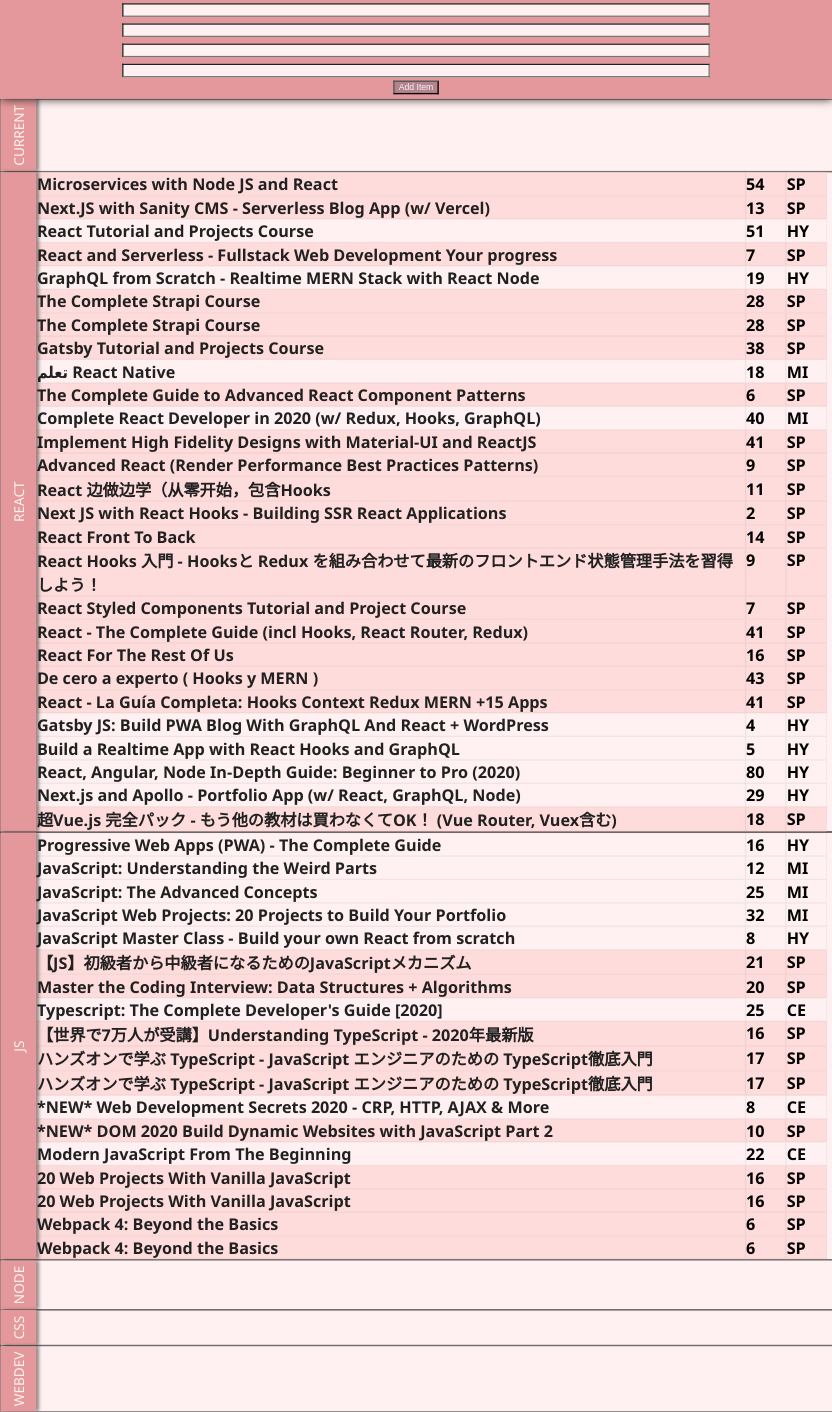
Repository: ClementLight/plan
Page: codicrs.html
These files come from the project's save history. The page is drawn as it stood at one moment and after the next save; the edit follows.
The browser window is 1280 px wide. The pictures show the whole page, at 65% of full size.

Above is the page before, as saved 2020-09-01 14:33:08.

### codicrs.html
<!DOCTYPE html>
<html lang="en">
  <head>
    <meta charset="UTF-8" />
    <meta name="viewport" content="width=device-width, initial-scale=1.0" />
    <title>Plan List</title>
    <link rel="stylesheet" href="style.css" />
  </head>
  <body>
    <section id="add-item" class="add-item">
      <input type="text" class="add-item__input--url" />
      <input type="text" class="add-item__input--name" />
      <input type="text" class="add-item__input--hours" />
      <input type="text" class="add-item__input--account" />
      <button class="add-item__button">Add Item</button>
    </section>
    <section class="top-container">
      <section class="maincontainers">
        <div class="lessontype">CURRENT</div>
        <div id="lessonsCurrent" class="lessons"></div>
      </section>
      <section class="maincontainers">
        <div id="react-section" class="lessontype">REACT</div>
        <div id="lessonsReact" class="lessons"></div>
      </section>
      <section class="maincontainers">
        <div class="lessontype">JS</div>
        <div id="lessonsJavascript" class="lessons"></div>
      </section>
      <section class="maincontainers">
        <div class="lessontype">NODE</div>
        <div id="lessonsNode" class="lessons"></div>
      </section>
      <section class="maincontainers">
        <div class="lessontype">CSS</div>
        <div id="lessonsCss" class="lessons"></div>
      </section>
      <section class="maincontainers">
        <div class="lessontype">WEBDEV</div>
        <div id="lessonsWebdev" class="lessons"></div>
      </section>
    </section>

    <!-- //TODO scripts -->
    <script src="jsondata.js"></script>
    <script>
      //   document.body.innerHTML += `
      //  <section class="top-container">
      //   <section idclass="maincontainers">
      //     <div class="lessontype">${item.subject}</div>
      //     <div id="lessons" class="lessons">

      //     </div>
      //   </section>
      // </section>

      database.map((item) => {
        document.getElementById(`lessons${item.subject}`).innerHTML += `
            <div class="lesson lesson-background-filter">
              <a class="lessonname" href=${item.url}>${item.title}</a>
              <span class="hours">${item.hours}</span>
              <span class="account">${item.account}</span>
            </div>
        `
      })

      // const hoursList = [...document.querySelectorAll(".hours")]
      let allClasses = Array.from(document.querySelectorAll(".hours"))
      allClassesValues = allClasses.map((node) => parseInt(node.textContent))
      let total = allClassesValues.reduce((a, b) => a + b, 0)

      const addItem = () => {
        itemUrl = document.querySelector(".add-item__input--url").value
        itemName = document.querySelector(".add-item__input--name").value
        itemHours = document.querySelector(".add-item__input--hours").value
        itemAccount = document.querySelector(".add-item__input--account").value

        newItemHtml = `
        <div class="lesson lesson-background-filter">
        <a class="lessonname" href="${itemUrl}">${itemName} </a>
        <span class="hours">${itemHours}</span>
        <span class="account">${itemAccount}</span>
        </div>
        `
        document.getElementById("react-section__lessons").insertAdjacentHTML("afterbegin", newItemHtml)

        console.log(newItemHtml)
      }

      document.querySelector(".add-item__button").addEventListener("click", addItem)
      console.log(navigator.userAgent)

      //TODO check browser

      let browserAndVersion = (navigator.sayswho = (function () {
        var ua = navigator.userAgent,
          tem,
          M = ua.match(/(opera|chrome|safari|firefox|msie|trident(?=\/))\/?\s*(\d+)/i) || []
        if (/trident/i.test(M[1])) {
          tem = /\brv[ :]+(\d+)/g.exec(ua) || []
          return "IE " + (tem[1] || "")
        }
        if (M[1] === "Chrome") {
          tem = ua.match(/\b(OPR|Edge?)\/(\d+)/)
          if (tem != null) return tem.slice(1).join(" ").replace("OPR", "Opera").replace("Edg ", "Edge ")
        }
        M = M[2] ? [M[1], M[2]] : [navigator.appName, navigator.appVersion, "-?"]
        if ((tem = ua.match(/version\/(\d+)/i)) != null) M.splice(1, 1, tem[1])
        return M.join(" ")
      })())

      //TODO xpath way of selecting stuff. I like it.
      function getElementsByXPath(xpath, parent) {
        let results = []
        let query = document.evaluate(xpath, parent || document, null, XPathResult.ORDERED_NODE_SNAPSHOT_TYPE, null)
        for (let i = 0, length = query.snapshotLength; i < length; ++i) {
          results.push(query.snapshotItem(i))
        }
        return results
      }

      if (browserAndVersion.includes("Chrome")) {
        let itemsXPathed = getElementsByXPath("//span[text()='SP']")
        itemsXPathed.forEach((node) => {
          node.parentElement.classList.remove("lesson-background-filter")
          node.parentElement.classList.add("browserColor")
        })
      } else if (browserAndVersion.includes("Firefox")) {
        let itemsXPathed = getElementsByXPath("//span[text()='HY']")
        itemsXPathed.forEach((node) => {
          node.parentElement.classList.remove("lesson-background-filter")
          node.parentElement.classList.add("browserColor")
        })
      } else if (browserAndVersion.includes("Edge")) {
        //here for a chage I got the parent element directly with xpath
        let itemsXPathed = getElementsByXPath("//div[./span[text()='MI']]")
        itemsXPathed.forEach((node) => {
          node.classList.remove("lesson-background-filter")
          node.classList.add("browserColor")
        })
      } else if (browserAndVersion.includes("Opera")) {
        //here for a chage I got the parent element directly with xpath
        let itemsXPathed = getElementsByXPath("//div[./span[text()='CE']]")
        itemsXPathed.forEach((node) => {
          node.classList.remove("lesson-background-filter")
          node.classList.add("browserColor")
        })
      }
    </script>
  </body>
</html>

### jsondata.js
let database = [
  //   {
  //     id: "1",
  //     subject: "node",
  //     tags: "Node, MongoDB",
  //     hours: 42,
  //     account: "SP",
  //     title: "Node.js, Express, MongoDB & More: The Complete Bootcamp 2020",
  //     url: "https://www.udemy.com/course/nodejs-express-mongodb-bootcamp/learn/lecture/15065290?start=135#overview",
  //   },
  //   {
  //     id: "2",
  //     subject: "react",
  //     tags: "React, Styled Components",
  //     hours: 7,
  //     account: "SP",
  //     title: "React Styled Components Tutorial and Project Course",
  //     url: "https://www.udemy.com/course/styled-components-tutorial-and-project-course/learn/lecture/15328098?start=15#overview",
  //   },
  //   {
  //     id: "3",
  //     subject: "react",
  //     tags: "Node",
  //     hours: 35,
  //     account: "MI",
  //     title: "The Complete Node.js Developer Course (3rd Edition)",
  //     url: "https://www.udemy.com/course/the-complete-nodejs-developer-course-2/learn/lecture/13729190?start=0#announcements",
  //   },
  //   {
  //     id: "4",
  //     subject: "react",
  //     tags: "React, Gatsby",
  //     hours: 38,
  //     account: "SP",
  //     title: "Gatsby Tutorial and Projects Course",
  //     url: "https://www.udemy.com/course/gatsby-tutorial-and-projects-course/learn/lecture/14891808#overview",
  //   },

  {
    id: "1",
    subject: "React",
    tags: "React, Microservices, Node",
    hours: 54,
    account: "SP",
    title: "Microservices with Node JS and React",
    url: "https://www.udemy.com/course/microservices-with-node-js-and-react/learn/lecture/19248060#overview",
  },
  {
    id: "2",
    subject: "React",
    tags: "React, Nextjs",
    hours: 13,
    account: "SP",
    title: "Next.JS with Sanity CMS - Serverless Blog App (w/ Vercel)",
    url: "https://www.udemy.com/course/nextjs-with-sanity-cms-serverless-blog-app-w-vercel/learn/lecture/20359909#overview",
  },
  {
    id: "3",
    subject: "React",
    tags: "React",
    hours: 51,
    account: "HY",
    title: "React Tutorial and Projects Course",
    url: "https://www.udemy.com/course/react-tutorial-and-projects-course/learn/lecture/12499178?start=0#overview",
  },
  {
    id: "4",
    subject: "React",
    tags: "React, Serverless",
    hours: 7,
    account: "SP",
    title: "React and Serverless - Fullstack Web Development Your progress",
    url: "https://www.udemy.com/course/react-and-serverless/learn/lecture/20008686?start=0#overview",
  },
  {
    id: "5",
    subject: "React",
    tags: "React, GraphQL, Node",
    hours: 19,
    account: "HY",
    title: "GraphQL from Scratch - Realtime MERN Stack with React Node",
    url: "https://www.udemy.com/course/graphql-react-node/learn/lecture/19711874?start=0#overview",
  },
  {
    id: "6",
    subject: "React",
    tags: "React, Strapi",
    hours: 28,
    account: "SP",
    title: "The Complete Strapi Course",
    url: "https://www.udemy.com/course/the-complete-strapi-course/learn/lecture/20153090#overvieww",
  },
  {
    id: "7",
    subject: "React",
    tags: "React, Strapi",
    hours: 28,
    account: "SP",
    title: "The Complete Strapi Course",
    url: "https://www.udemy.com/course/the-complete-strapi-course/learn/lecture/20153090#overvieww",
  },
  {
    id: "8",
    subject: "React",
    tags: "React, Gatsby, GraphQL",
    hours: 38,
    account: "SP",
    title: "Gatsby Tutorial and Projects Course",
    url: "https://www.udemy.com/course/gatsby-tutorial-and-projects-course/learn/lecture/14891808#overview",
  },
  {
    id: "9",
    subject: "React",
    tags: "React, React Native",
    hours: 18,
    account: "MI",
    title: "تعلم React Native",
    url: "https://www.udemy.com/course/react-native-m/learn/lecture/20058580?start=15#questions",
  },
  {
    id: "10",
    subject: "React",
    tags: "React, Optimization",
    hours: 6,
    account: "SP",
    title: "The Complete Guide to Advanced React Component Patterns",
    url: "https://www.udemy.com/course/the-complete-guide-to-advanced-react-patterns/learn/lecture/17200022#overview",
  },
  {
    id: "11",
    subject: "React",
    tags: "React",
    hours: 40,
    account: "MI",
    title: "Complete React Developer in 2020 (w/ Redux, Hooks, GraphQL)",
    url: "https://www.udemy.com/course/complete-react-developer-zero-to-mastery/learn/lecture/14870615?start=0#overview",
  },
  {
    id: "12",
    subject: "React",
    tags: "React, Material UI",
    hours: 41,
    account: "SP",
    title: "Implement High Fidelity Designs with Material-UI and ReactJS",
    url: "https://www.udemy.com/course/implement-high-fidelity-designs-with-material-ui-and-reactjs/learn/lecture/16234402?start=165#overview",
  },
  {
    id: "13",
    subject: "React",
    tags: "React, Optimization",
    hours: 9,
    account: "SP",
    title: "Advanced React (Render Performance Best Practices Patterns)",
    url: "https://www.udemy.com/course/advanced-react-render-performance-best-practices-patterns/learn/lecture/19653114#overview",
  },
  {
    id: "14",
    subject: "React",
    tags: "React",
    hours: 11,
    account: "SP",
    title: "React 边做边学（从零开始，包含Hooks",
    url: "https://www.udemy.com/course/react-lean-by-doing/learn/lecture/16800324?start=512#overview",
  },
  {
    id: "15",
    subject: "React",
    tags: "React, Nextjs",
    hours: 2,
    account: "SP",
    title: "Next JS with React Hooks - Building SSR React Applications",
    url: "https://www.udemy.com/course/next-js-react-hooks/learn/lecture/14095110?start=0#overview",
  },
  {
    id: "16",
    subject: "React",
    tags: "React, Node",
    hours: 14,
    account: "SP",
    title: "React Front To Back",
    url: "https://www.udemy.com/course/modern-react-front-to-back/learn/lecture/14969812?start=174#overview",
  },
  {
    id: "17",
    subject: "React",
    tags: "React",
    hours: 9,
    account: "SP",
    title: "React Hooks 入門 - Hooksと Redux を組み合わせて最新のフロントエンド状態管理手法を習得しよう！",
    url: "https://www.udemy.com/course/react-hooks-101/learn/lecture/15049578?start=0#overview",
  },
  {
    id: "18",
    subject: "React",
    tags: "React, Styled Components",
    hours: 7,
    account: "SP",
    title: "React Styled Components Tutorial and Project Course",
    url: "https://www.udemy.com/course/styled-components-tutorial-and-project-course/learn/lecture/15328098?start=15#overview",
  },
  {
    id: "19",
    subject: "React",
    tags: "React, Styled Components",
    hours: 41,
    account: "SP",
    title: "React - The Complete Guide (incl Hooks, React Router, Redux)",
    url: "https://www.udemy.com/course/react-the-complete-guide-incl-redux/learn/lecture/13556330#overview",
  },
  {
    id: "20",
    subject: "React",
    tags: "React",
    hours: 16,
    account: "SP",
    title: "React For The Rest Of Us",
    url: "https://www.udemy.com/course/react-for-the-rest-of-us/learn/lecture/18081709#overview",
  },
  {
    id: "21",
    subject: "React",
    tags: "React, Node, MERN",
    hours: 43,
    account: "SP",
    title: "De cero a experto ( Hooks y MERN )",
    url: "https://www.udemy.com/course/react-cero-experto/learn/lecture/19751074?start=0#announcements",
  },
  {
    id: "22",
    subject: "React",
    tags: "React, Node, MERN",
    hours: 41,
    account: "SP",
    title: "React - La Guía Completa: Hooks Context Redux MERN +15 Apps",
    url: "https://www.udemy.com/course/react-de-principiante-a-experto-creando-mas-de-10-aplicaciones/learn/lecture/17666784?start=0#announcements",
  },
  {
    id: "23",
    subject: "React",
    tags: "React, Gatsby, GraphQL, Wordpress, PWA",
    hours: 4,
    account: "HY",
    title: "Gatsby JS: Build PWA Blog With GraphQL And React + WordPress",
    url: "https://www.udemy.com/course/gatsby-js-build-pwa-blog-with-graphql-and-react-wordpress/learn/lecture/15158236?start=0#overview",
  },
  {
    id: "24",
    subject: "React",
    tags: "React, GraphQL, Wordpress",
    hours: 5,
    account: "HY",
    title: "Build a Realtime App with React Hooks and GraphQL",
    url: "https://www.udemy.com/course/build-a-realtime-app-with-react-hooks-and-graphql/learn/lecture/13747756#overview",
  },
  {
    id: "25",
    subject: "React",
    tags: "React, Angular, Node",
    hours: 80,
    account: "HY",
    title: "React, Angular, Node In-Depth Guide: Beginner to Pro (2020)",
    url: "https://www.udemy.com/course/react-angular-node-in-depth-guide-beginner-to-pro-2020/learn/lecture/18569676?start=0#overview",
  },
  {
    id: "26",
    subject: "React",
    tags: "React, Nextjs, Node, GraphQL, Apollo",
    hours: 29,
    account: "HY",
    title: "Next.js and Apollo - Portfolio App (w/ React, GraphQL, Node)",
    url: "https://www.udemy.com/course/nextjs-and-apollo-portfolio-app-w-react-graphql-node/learn/lecture/18742898?start=0#overview",
  },
  {
    id: "27",
    subject: "React",
    tags: "Vue",
    hours: 18,
    account: "SP",
    title: "超Vue.js 完全パック - もう他の教材は買わなくてOK！ (Vue Router, Vuex含む)",
    url: "https://www.udemy.com/course/vue-js-complete-guide/learn/lecture/15370946?#overview",
  },
  {
    id: "28",
    subject: "Javascript",
    tags: "Javascript, PWA",
    hours: 16,
    account: "HY",
    title: "Progressive Web Apps (PWA) - The Complete Guide",
    url: "https://www.udemy.com/course/progressive-web-app-pwa-the-complete-guide/learn/lecture/13914126#overview",
  },
  {
    id: "29",
    subject: "Javascript",
    tags: "Javascript",
    hours: 12,
    account: "MI",
    title: "JavaScript: Understanding the Weird Parts",
    url: "https://www.udemy.com/course/understand-javascript/learn/lecture/2237542?start=0#overview",
  },
  {
    id: "30",
    subject: "Javascript",
    tags: "Javascript",
    hours: 25,
    account: "MI",
    title: "JavaScript: The Advanced Concepts",
    url: "https://www.udemy.com/course/advanced-javascript-concepts/learn/lecture/13772854#overview",
  },
  {
    id: "31",
    subject: "Javascript",
    tags: "Javascript",
    hours: 32,
    account: "MI",
    title: "JavaScript Web Projects: 20 Projects to Build Your Portfolio",
    url: "https://www.udemy.com/course/javascript-web-projects-to-build-your-portfolio-resume/learn/lecture/19961158?start=0#overview",
  },
  {
    id: "32",
    subject: "Javascript",
    tags: "Javascript, React",
    hours: 8,
    account: "HY",
    title: "JavaScript Master Class - Build your own React from scratch",
    url: "https://www.udemy.com/course/javascript-deep-dive-code-your-own-react-library/learn/lecture/12102042?start=60#overview",
  },
  {
    id: "33",
    subject: "Javascript",
    tags: "Javascript",
    hours: 21,
    account: "SP",
    title: "【JS】初級者から中級者になるためのJavaScriptメカニズム",
    url: "https://www.udemy.com/course/javascript-essence/learn/lecture/19799294?start=0#overview",
  },
  {
    id: "34",
    subject: "Javascript",
    tags: "Javascript",
    hours: 20,
    account: "SP",
    title: "Master the Coding Interview: Data Structures + Algorithms",
    url: "https://www.udemy.com/course/master-the-coding-interview-data-structures-algorithms/learn/lecture/12133484?start=120#overview",
  },
  {
    id: "35",
    subject: "Javascript",
    tags: "Javascript, Typescript",
    hours: 25,
    account: "CE",
    title: "Typescript: The Complete Developer's Guide [2020]",
    url: "https://www.udemy.com/course/typescript-the-complete-developers-guide/learn/lecture/14504488?start=0#overview",
  },
  {
    id: "36",
    subject: "Javascript",
    tags: "Javascript, Typescript",
    hours: 16,
    account: "SP",
    title: "【世界で7万人が受講】Understanding TypeScript - 2020年最新版",
    url: "https://www.udemy.com/course/understanding-typescript-jp/learn/lecture/18184848?start=0#overview",
  },
  {
    id: "37",
    subject: "Javascript",
    tags: "Javascript, Typescript",
    hours: 17,
    account: "SP",
    title: "ハンズオンで学ぶ TypeScript - JavaScript エンジニアのための TypeScript徹底入門",
    url: "https://www.udemy.com/course/ts-for-js-developers/learn/lecture/21394194#overview",
  },
  {
    id: "38",
    subject: "Javascript",
    tags: "Javascript, Typescript",
    hours: 17,
    account: "SP",
    title: "ハンズオンで学ぶ TypeScript - JavaScript エンジニアのための TypeScript徹底入門",
    url: "https://www.udemy.com/course/ts-for-js-developers/learn/lecture/21394194#overview",
  },
  {
    id: "39",
    subject: "Javascript",
    tags: "Javascript, Optimization",
    hours: 8,
    account: "CE",
    title: "*NEW* Web Development Secrets 2020 - CRP, HTTP, AJAX & More",
    url: "https://www.udemy.com/course/new-web-development-secrets/learn/lecture/15578344?start=0#overview",
  },
  {
    id: "40",
    subject: "Javascript",
    tags: "Javascript",
    hours: 10,
    account: "SP",
    title: "*NEW* DOM 2020 Build Dynamic Websites with JavaScript Part 2",
    url: "https://www.udemy.com/course/build-dynamic-websites-dom-2/learn/lecture/17908964#overview",
  },
  {
    id: "41",
    subject: "Javascript",
    tags: "Javascript",
    hours: 22,
    account: "CE",
    title: "Modern JavaScript From The Beginning",
    url: "https://www.udemy.com/course/modern-javascript-from-the-beginning/learn/lecture/8762504?start=0#overview",
  },
  {
    id: "42",
    subject: "Javascript",
    tags: "Javascript",
    hours: 16,
    account: "SP",
    title: "20 Web Projects With Vanilla JavaScript",
    url: "https://www.udemy.com/course/web-projects-with-vanilla-javascript/learn/lecture/17842028?start=210#overview",
  },
  {
    id: "43",
    subject: "Javascript",
    tags: "Javascript",
    hours: 16,
    account: "SP",
    title: "20 Web Projects With Vanilla JavaScript",
    url: "https://www.udemy.com/course/web-projects-with-vanilla-javascript/learn/lecture/17842028?start=210#overview",
  },
  {
    id: "44",
    subject: "Javascript",
    tags: "Javascript, Wdbpack",
    hours: 6,
    account: "SP",
    title: "Webpack 4: Beyond the Basics",
    url: "https://www.udemy.com/course/webpack-beyond-the-basics/learn/lecture/8445416?start=285#overview",
  },
  {
    id: "45",
    subject: "Javascript",
    tags: "Javascript, Wdbpack",
    hours: 6,
    account: "SP",
    title: "Webpack 4: Beyond the Basics",
    url: "https://www.udemy.com/course/webpack-beyond-the-basics/learn/lecture/8445416?start=285#overview",
  },
]

Loaded but not shown: style.css (214 lines, source omitted)

After the next save:
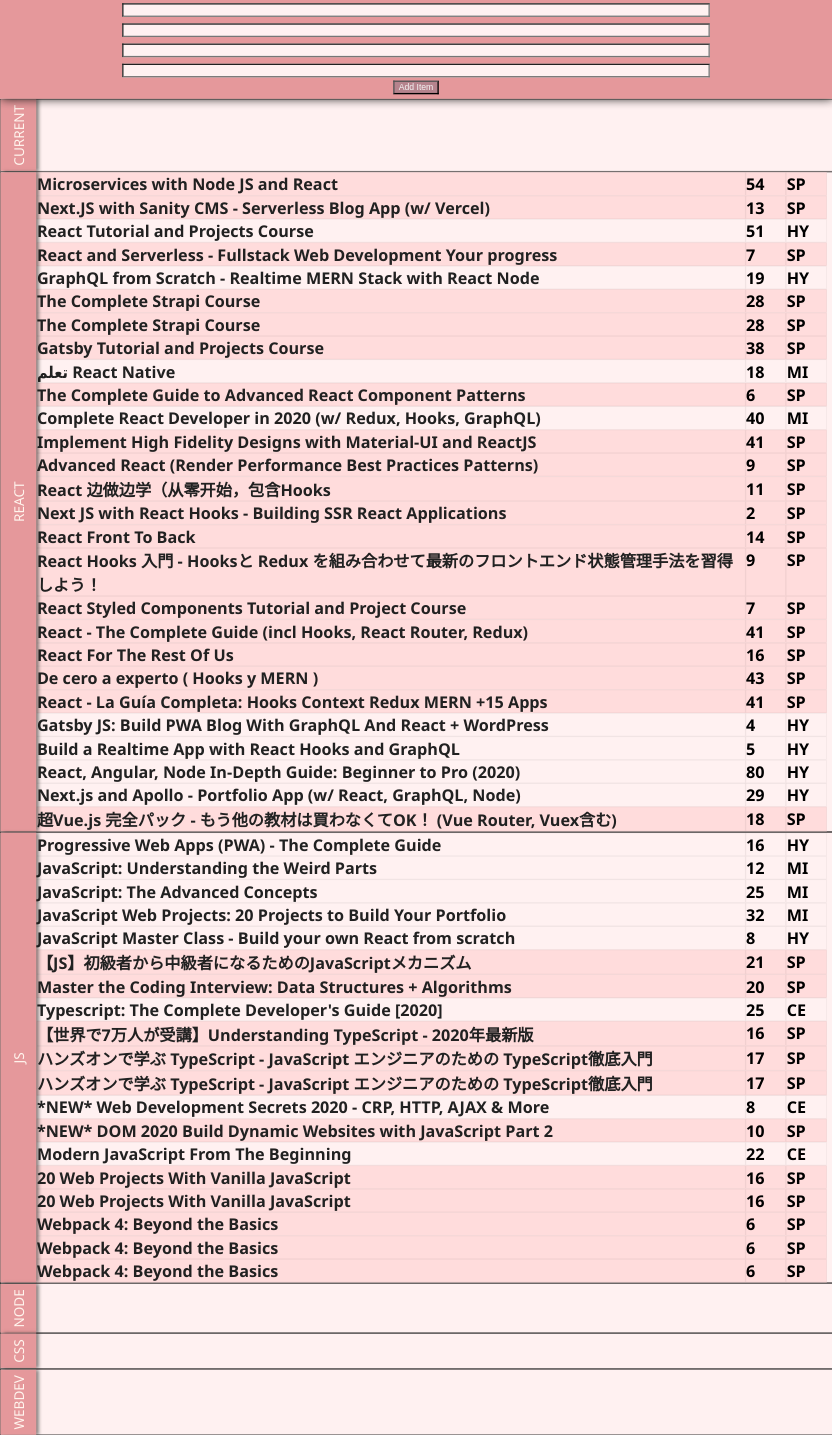
Saved 13 s later.
--- a/jsondata.js
+++ b/jsondata.js
@@ -441,4 +441,13 @@
     title: "Webpack 4: Beyond the Basics",
     url: "https://www.udemy.com/course/webpack-beyond-the-basics/learn/lecture/8445416?start=285#overview",
   },
+  {
+    id: "46",
+    subject: "Javascript",
+    tags: "Javascript, Wdbpack",
+    hours: 6,
+    account: "SP",
+    title: "Webpack 4: Beyond the Basics",
+    url: "https://www.udemy.com/course/learning-path-webpack-web-development-with-webpack/learn/lecture/9378330#overview",
+  },
 ]
